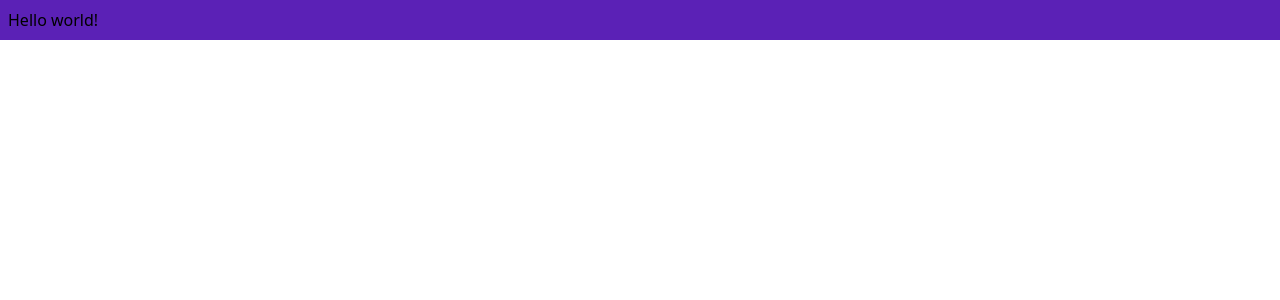
Repository: wandersondacosta/NLW-return-
Page: / (app in web/)
An editor plug-in stored every save of this project. The page is shown before and after the next save, followed by the edit.
The browser window is 1280 px wide. The pictures show the whole page.
The project was rebuilt for these pictures with package versions that can differ from the ones it lists, and the page was loaded fresh each time. Also part of the build but not shown: web/vite.config.ts.

Above is the page before, as saved 2022-05-02 20:33:12.

After the next save:
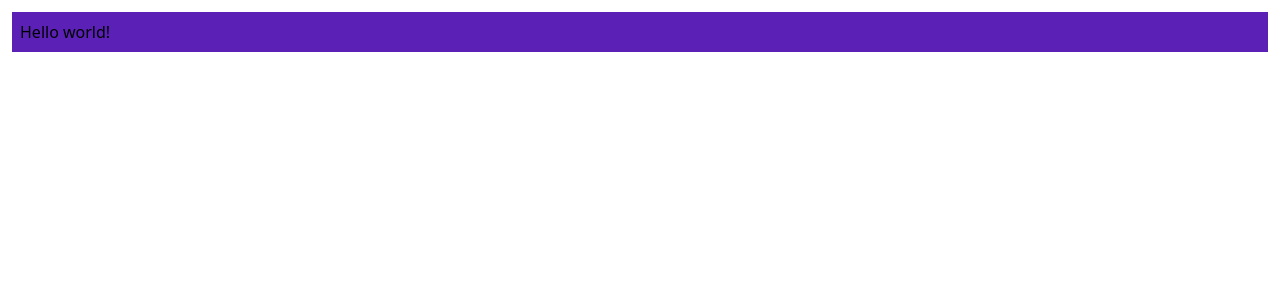
Saved 21 s later.
--- a/web/src/App.tsx
+++ b/web/src/App.tsx
@@ -1,6 +1,6 @@
 function App() {
   return (
-    <div className="bg-violet-800 p-2">
+    <div className="bg-violet-800 p-2 m-3">
       <h1>Hello world!</h1>
     </div>
   );

After the save that followed:
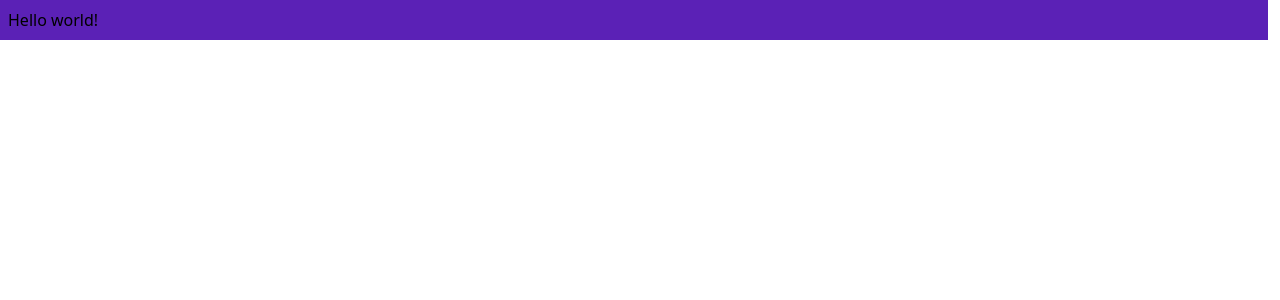
Saved 8 s later.
--- a/web/src/App.tsx
+++ b/web/src/App.tsx
@@ -1,6 +1,6 @@
 function App() {
   return (
-    <div className="bg-violet-800 p-2 m-3">
+    <div className="bg-violet-800 p-2 mr-3">
       <h1>Hello world!</h1>
     </div>
   );
